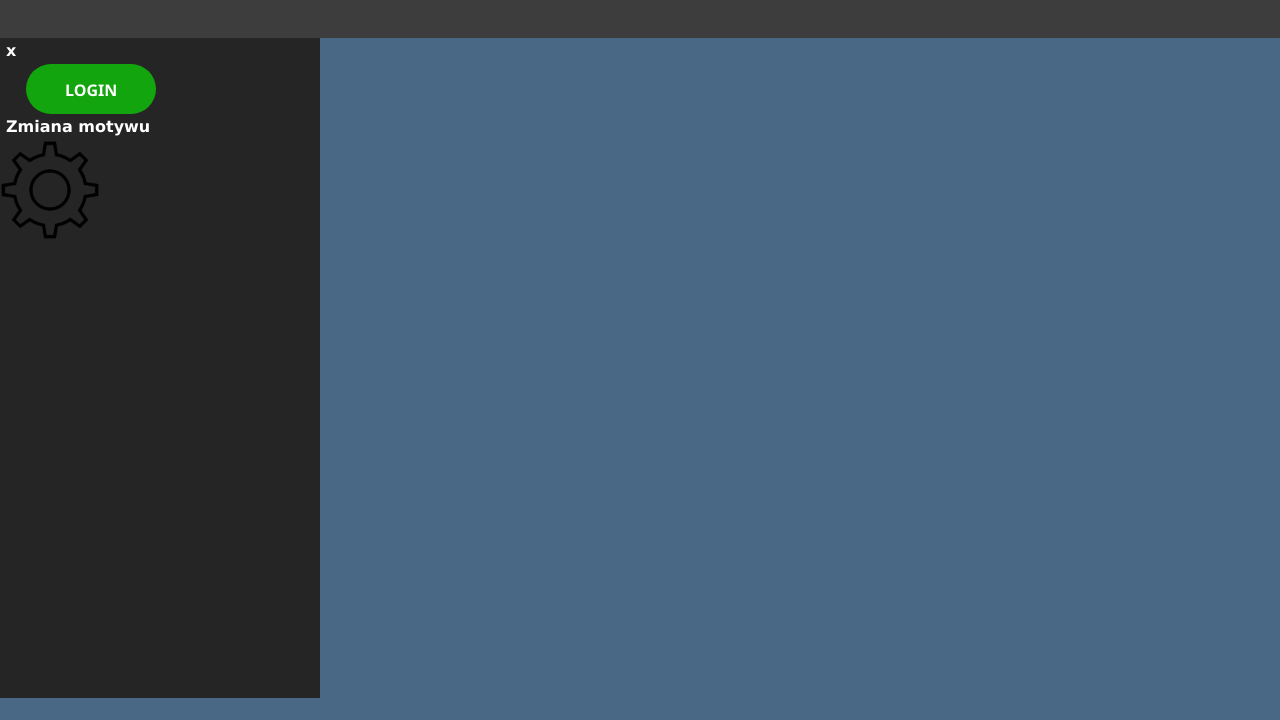
Repository: K4ziWolf/kazi
Page: /, after clicking the first element matching `button.btn`
The author's editor kept a copy of each file at every save. The page is drawn from the files as they stood at one save, then again after the next save.
The browser window is 1280 px wide. The pictures show the whole page.
The project was rebuilt for these pictures with package versions that can differ from the ones it lists, and the page was loaded fresh each time. Also part of the build but not shown: vue.config.js, src/components/login_screen.vue, src/components/option_screen.vue.

Above is the page before, as saved 2023-10-20 22:33:39.

After the next save:
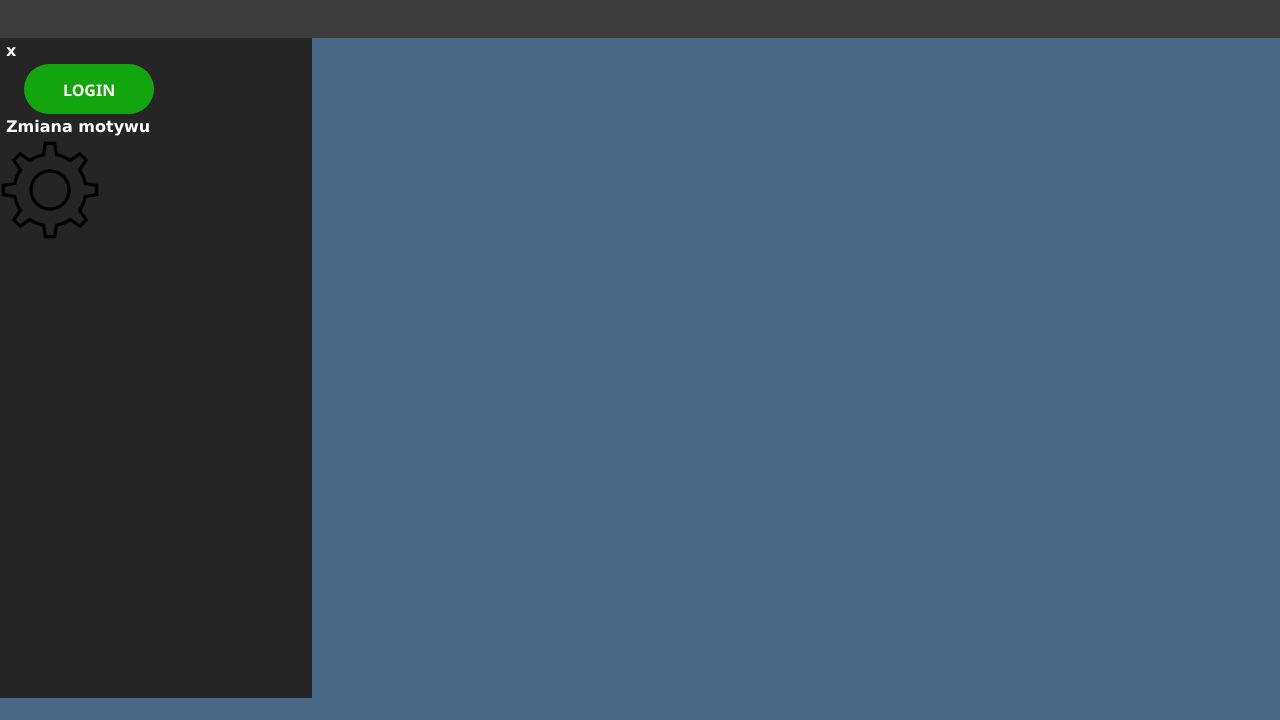
Saved 13 s later.
--- a/src/components/menu_screen.vue
+++ b/src/components/menu_screen.vue
@@ -1,5 +1,5 @@
 <template>
-  <div class="holder-ten1 col-sm-3" id="menu_holder" :class="menu_box_show">
+  <div class="holder-ten1 col-sm-" id="menu_holder" :class="menu_box_show">
     <div class="pole-exit-btn" id="Exit_menu_button">
       <button class="exit-baton" id="menu_exit_button" @click="hideMenuScreen">x</button>
       <button class="baton" id="poka-login" v-bind:class="open_login_button" @click="showLoginScreen">
